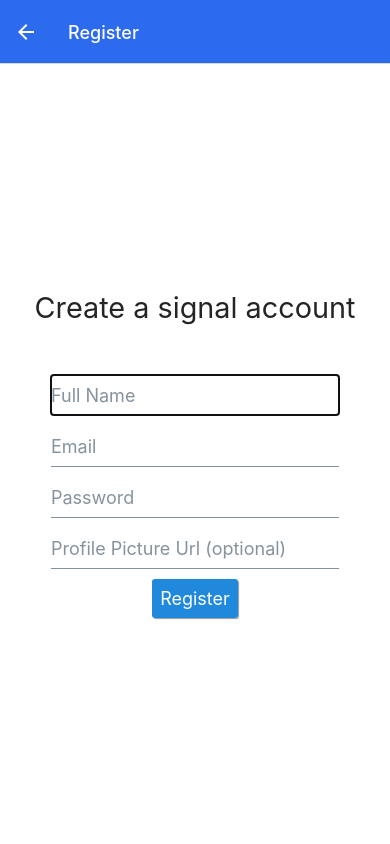
Repository: TheBoringBOT/signal-clone-reactnative-learn
Screen: /Register
These files come from the project's save history. The screen is drawn as it stood at one moment and after the next save; the edit follows.
The app was drawn by React Native's web renderer in a window 390 px wide. The project was rebuilt for these pictures with package versions that can differ from the ones it lists, and the page was loaded fresh each time.

Above is the screen before, as saved 2022-01-23 19:22:17.

After the next save:
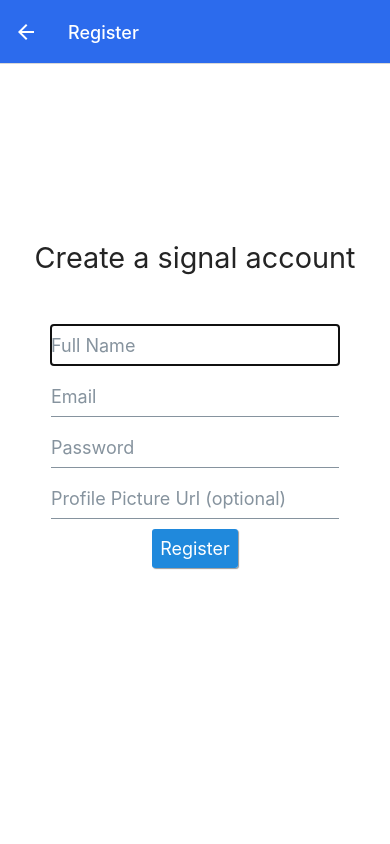
Saved 15 s later.
--- a/screens/RegisterScreen.js
+++ b/screens/RegisterScreen.js
@@ -55,6 +55,7 @@ const RegisterScreen = ({ navigation }) => {
         title="Register"
         onPress={register}
       />
+      <View style={{ height: 100 }}></View>
     </KeyboardAvoidingView>
   );
 };
